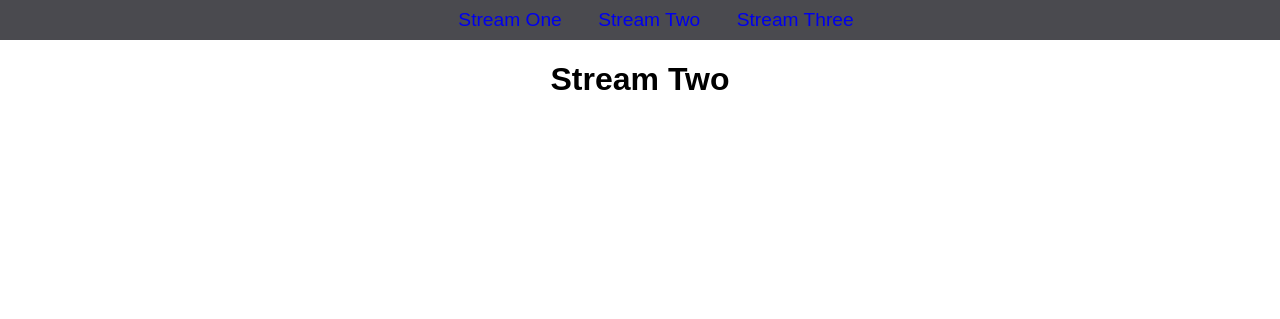
Repository: dof-bull/my-first-website
Page: stream-two.html
The author's editor kept a record of every edit. The page is drawn from the files as they stood at one moment, then again after the next edit.
The browser window is 1280 px wide. The pictures show the whole page.

Above is the page before.

After the next edit:
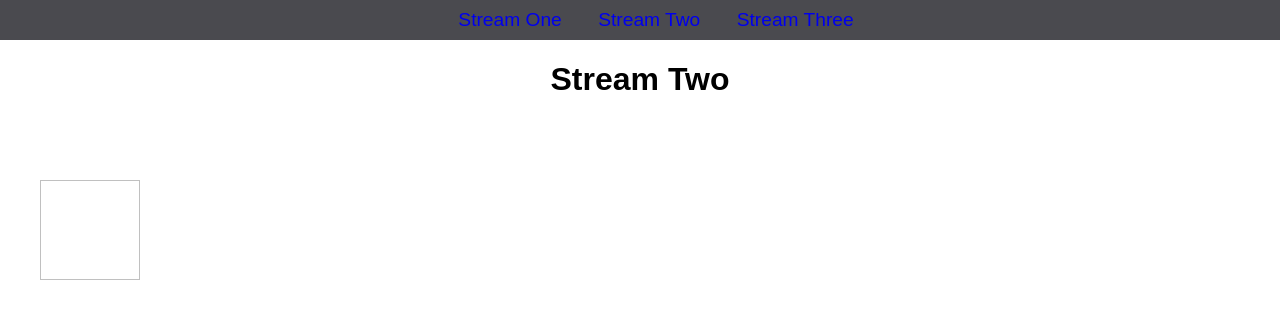
The edit:
--- a/stream-two.html
+++ b/stream-two.html
@@ -15,7 +15,8 @@
         <h1>Stream Two</h1>
         <div class="card">
             <a href=<a href="">
-
+                <img />
+                <h2></h2>
             </a>
         </div>
     </body>
